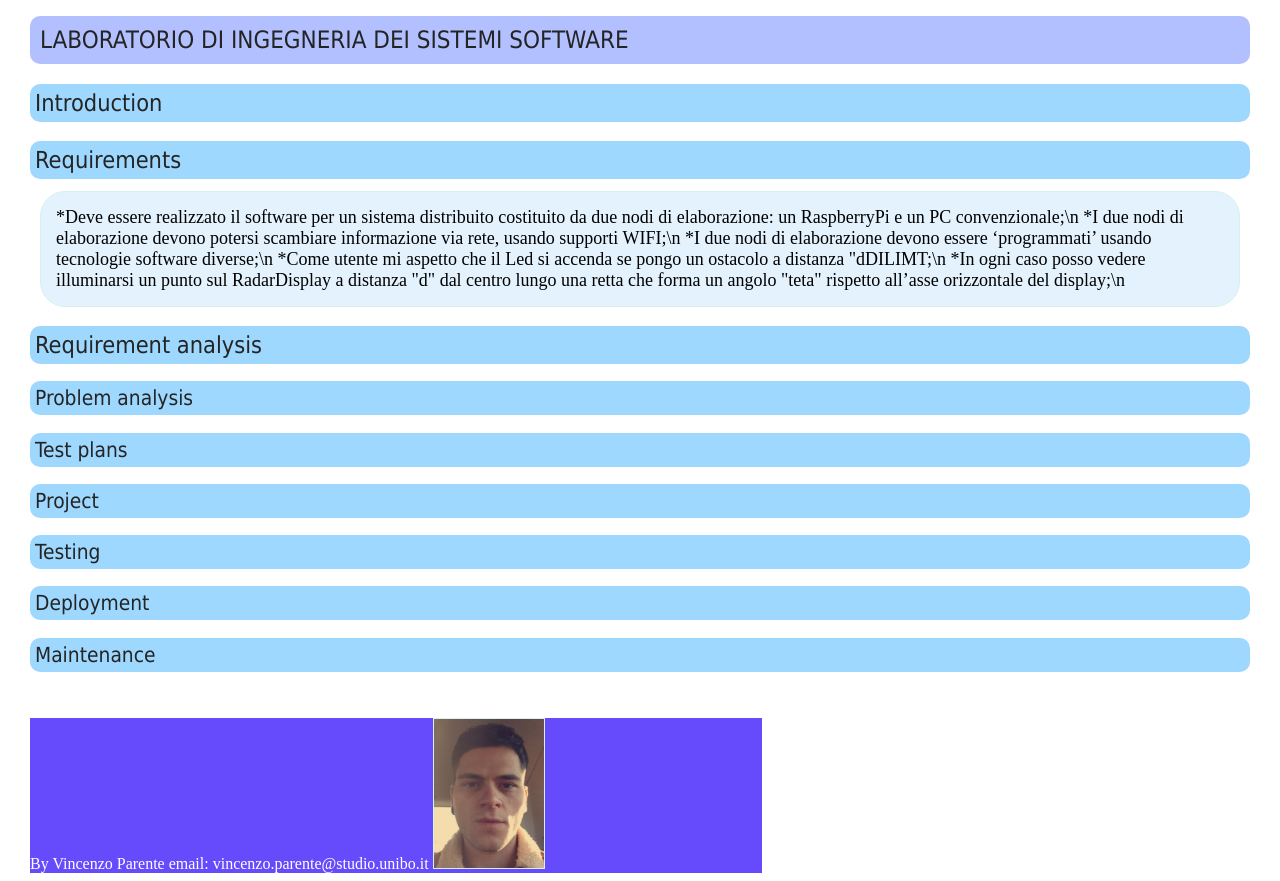
Repository: ParenteVincenzo/iss2022
Page: it.unibo.radarSystem22/userDocs/radarSystem22.html
These files come from the project's save history. The page is drawn as it stood at one moment and after the next save; the edit follows.
The browser window is 1280 px wide. The pictures show the whole page.

Above is the page before, as saved 2022-03-06 16:51:46.

After the next save:
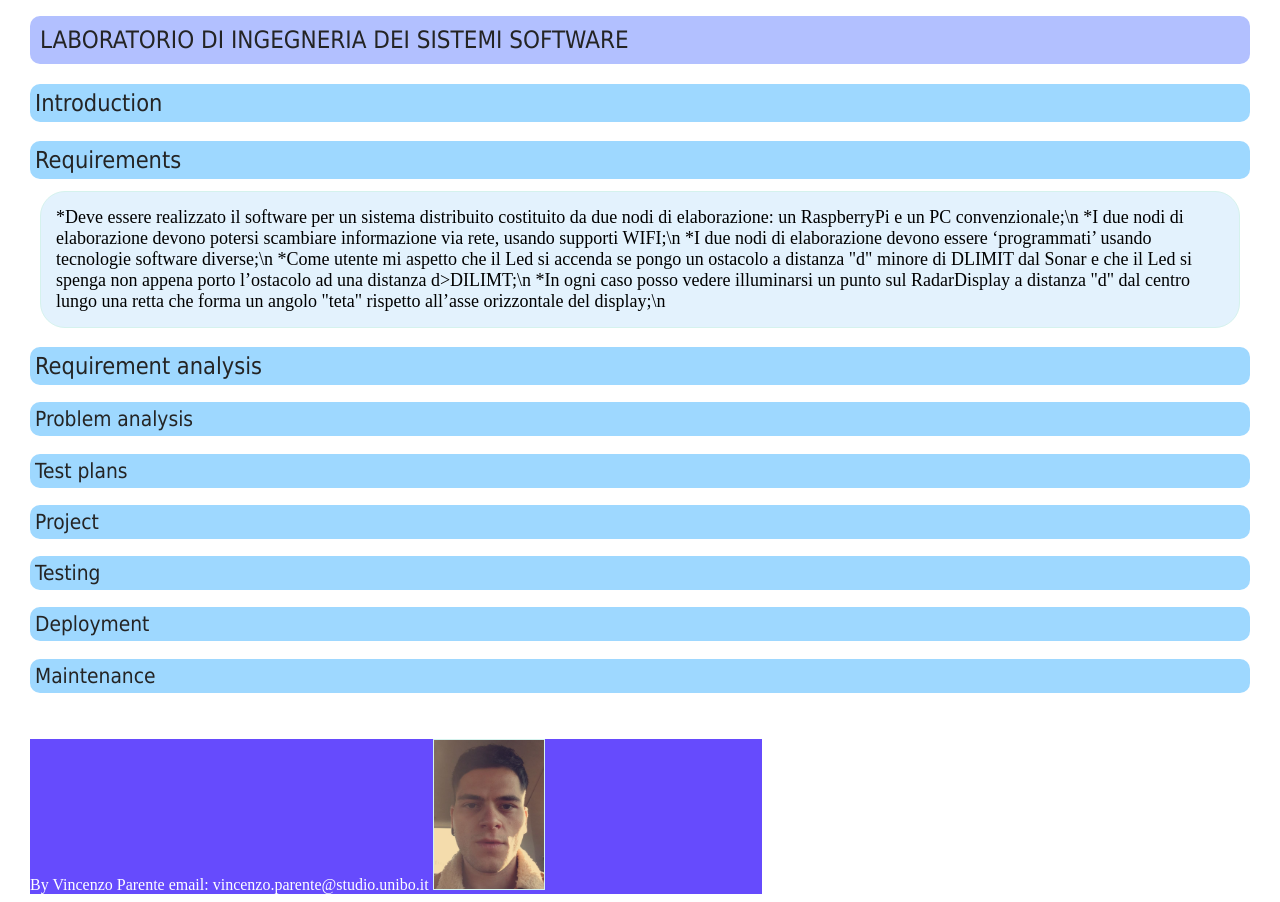
Saved 32 s later.
--- a/it.unibo.radarSystem22/userDocs/radarSystem22.html
+++ b/it.unibo.radarSystem22/userDocs/radarSystem22.html
@@ -207,7 +207,7 @@ div.imagedesc{
 *Deve essere realizzato il software per un sistema distribuito costituito da due nodi di elaborazione: un RaspberryPi e un PC convenzionale;\n
 *I due nodi di elaborazione devono potersi scambiare informazione via rete, usando supporti WIFI;\n
 *I due nodi di elaborazione devono essere ‘programmati’ usando tecnologie software diverse;\n
-*Come utente mi aspetto che il Led si accenda se pongo un ostacolo a distanza "d<DILIMT" dal Sonar e che il Led si spenga non appena porto l’ostacolo ad una distanza d>DILIMT;\n
+*Come utente mi aspetto che il Led si accenda se pongo un ostacolo a distanza "d" minore di DLIMIT dal Sonar e che il Led si spenga non appena porto l’ostacolo ad una distanza d>DILIMT;\n
 *In ogni caso posso vedere illuminarsi un punto sul RadarDisplay a distanza "d" dal centro lungo una retta che forma un angolo "teta" rispetto all’asse orizzontale del display;\n
 </div>
 
